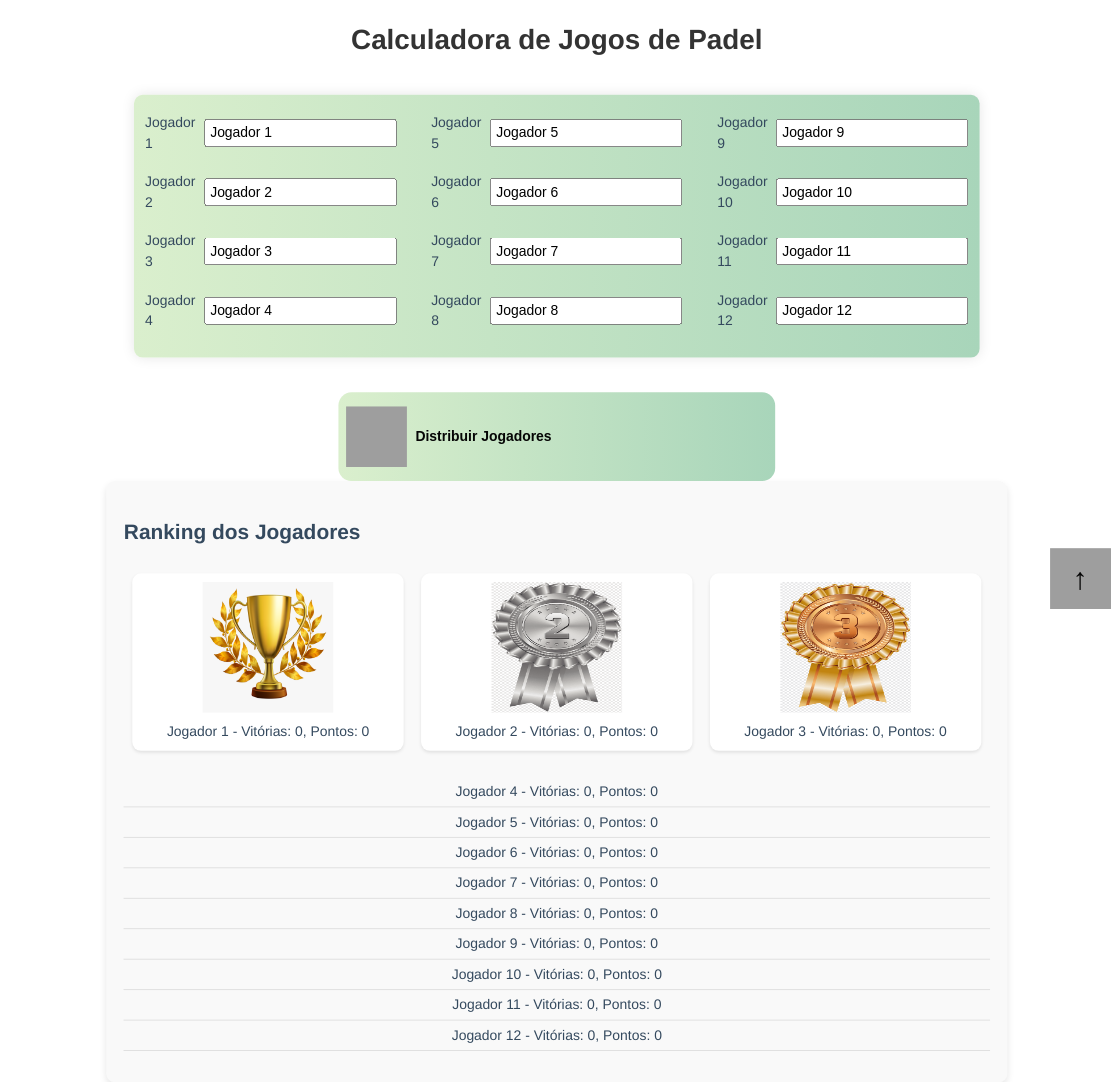
Repository: MarcioMiguel22/PadelMaster
Page: /calculadora
These files come from the project's save history. The page is drawn as it stood at one moment and after the next save; the edit follows.
The browser window is 1280 px wide. The pictures show the whole page, at 87% of full size.
Pictures or frames that could not be fetched are drawn as grey boxes. The project was rebuilt for these pictures with package versions that can differ from the ones it lists, and the page was loaded fresh each time. Also part of the build but not shown: vite.config.ts, src/pages/Home/Home.tsx, src/components/components_calculadora/Campo.tsx, src/components/components_calculadora/Jogo.tsx, src/pages/Player/playerComponent.tsx, src/index.css.

Above is the page before, as saved 2024-06-16 10:05:05.

### src/main.tsx
///home/marciomiguel/code/MarcioMiguel22/Sites/PadelMaster/src/main.tsx
import { render } from 'react-dom';
import { StrictMode } from 'react';
import App from './App';
import './index.css';

const root = document.getElementById('root')!;
render(
  <StrictMode>
    <App />
  </StrictMode>,
  root
);

### src/App.tsx

///home/marciomiguel/code/MarcioMiguel22/Sites/PadelMaster/src/App.tsx

import { BrowserRouter, Routes, Route } from 'react-router-dom';
import Home from './pages/Home/Home';
import Calculadora from './pages/Calculadora/Calculadora';
import PlayerComponent from './pages/Player/playerComponent';
function App() {
  return (
    <BrowserRouter>
      <Routes>
        <Route path="/" element={<Home />} />
        <Route path="/calculadora" element={<Calculadora />} /> // Wrap Calculadora component with curly braces
        <Route path="/player-component" element={<PlayerComponent />} />
      </Routes>
    </BrowserRouter>
  );
}

export default App

### src/pages/Home/Home.module.css
.padel-container {
  text-align: center;
  background-color: white;
  padding: 20px;
  border-radius: 10px;
  box-shadow: 0 0 10px rgba(0, 0, 0, 0.1);
}

h1 {
  color: #333;
  margin-bottom: 20px;
}

.padel-image {
  max-width: 50%;
  height: auto;
  border-radius: 10px;
  margin-bottom: 20px;
}

.enter-button {
  background-image: url('../../assets/images/tennis-ball.png'); /* Ensure the path is correct */
  background-size: cover;
  background-position: center;
  background-repeat: no-repeat;
  width: 60px;
  height: 60px;
  border: none;
  border-radius: 50%;
  cursor: pointer;
  padding: 0;
}

.enter-button:hover {
  transform: scale(1.1);
}

### src/pages/Calculadora/Calculadora.css
.calculadora-container {
  display: flex;
  flex-direction: column;
  align-items: center;
  gap: 20px;
}

.main-content {
  gap: 20px;
}

.jogadores-lista {
  background: linear-gradient(to right, #daefcd, #a8d5ba);
  display: flex;
  flex-direction: row;
  justify-content: center;
  gap: 40px;
  width: 90%;
  max-width: 1200px;
  margin: 0 auto;
  padding: 20px;
  border-radius: 10px;
  box-shadow: 0 0 15px rgba(0, 0, 0, 0.1);
}

.jogadores-coluna {
  display: flex;
  flex-direction: column;
  align-items: center;
  gap: 10px;
}

.jogador-item {
  display: flex;
  align-items: center;
  margin-bottom: 10px;
}

.jogador-item label {
  margin-right: 10px;
}

.jogador-item input {
  padding: 5px;
  font-size: 16px;
}

.jogador-input {
  margin-right: 5px;
  padding: 5px;
  font-size: 16px;
  border: 1px solid #ccc;
  border-radius: 5px;
}

.distribute-button, .scroll-to-top {
  background-color: #4CAF50;
  color: white;
  padding: 10px 20px;
  border: none;
  border-radius: 5px;
  cursor: pointer;
  font-size: 16px;
  margin-top: 10px;
}

.distribute-button:hover, .scroll-to-top:hover {
  background-color: #45a049;
}

.fields-container {
  display: flex;
  flex-direction: column;
  align-items: center;
  margin-top: 20px;
}

.jogo {
  margin-bottom: 40px;
}

.campos {
  display: flex;
  justify-content: space-around;
}

.field {
  background: linear-gradient(to right, #c3e8ad, #a8d5ba);
  padding: 40px;
  border-radius: 10px;
  box-shadow: 0 0 10px rgba(0, 0, 0, 0.1);
  width: 30%;
}

.field h2 {
  margin-top: 0;
}

.team {
  list-style-type: none;
  padding: 5px;
  background-color: #fff;
  margin: 5px 0;
  border-radius: 5px;
  box-shadow: 0 0 5px rgba(0, 0, 0, 0.1);
  width: fit-content; /* Ajuste o valor conforme necessário */
}

.team.vencedor {
  background-color: #d4edda; /* Verde claro */
}

.team.perdedor {
  background-color: #f8d7da; /* Vermelho claro */
}

.team div {
  display: flex;
  align-items: center;
}

.team input.resultado-input {
  margin-left: 10px;
  width: 45px;
  padding: 5px;
  font-size: 16px;
}

.ranking-container {
  margin-top: 40px;
}

.ranking-container h2 {
  margin-bottom: 10px;
}

.ranking-container ul {
  list-style-type: none;
  padding: 0;
}

.ranking-container li {
  margin: 5px 0;
}



/* Media Queries para Mobile */
@media screen and (max-width: 767px) {
  .jogadores-lista {
    flex-direction: column;
    align-items: center;
    gap: 20px;
    padding: 10px;
  }

  .field {
    width: 80%;
    margin-bottom: 20px;
  }

  .campos {
    flex-direction: column;
    align-items: center;
    gap: 20px;
  }

  .distribute-button, .scroll-to-top {
    width: 100%;
    font-size: 14px;
    padding: 8px 16px;
  }

  .team div {
    flex-direction: column;
    align-items: flex-start;
  }

  .team input.resultado-input {
    margin-left: 0;
    margin-top: 5px;
  }
  .ranking-container {
    flex-flow: column;
    margin-top: 40px;
  }

  .ranking-container h2 {
    margin-bottom: 10px;
  }

  .ranking-container ul {
    list-style-type: none;
    padding: 0;
  }

  .ranking-container li {
    margin: 5px 0;
  }
}

/* Media Queries para Mobile */
@media screen and (max-width: 479px) {
  .jogadores-lista {
    flex-direction: column;
    align-items: center;
    gap: 20px;
    padding: 10px;
  }

  .field {
    width: 80%;
    margin-bottom: 20px;
  }

  .campos {
    flex-direction: column;
    align-items: center;
    gap: 20px;
  }

  .distribute-button, .scroll-to-top {
    width: 100%;
    font-size: 14px;
    padding: 8px 16px;
  }

  .team div {
    flex-direction: column;
    align-items: flex-start;
  }

  .team input.resultado-input {
    margin-left: 0;
    margin-top: 5px;
  }
  .ranking-container {
    flex-flow: column;
    margin-top: 40px;
  }

  .ranking-container h2 {
    margin-bottom: 10px;
  }

  .ranking-container ul {
    list-style-type: none;
    padding: 0;
  }

  .ranking-container li {
    margin: 5px 0;
  }
}

### src/components/components_calculadora/JogadoresLista.tsx
import React from 'react';
import JogadorItem from './JogadorItem';
import { Jogador } from '../../utils/types/types'; // Importando o tipo Jogador

interface JogadoresListaProps {
  jogadores: Jogador[];
  handleNomeChange: (id: number, novoNome: string) => void;
}

const JogadoresLista: React.FC<JogadoresListaProps> = ({ jogadores, handleNomeChange }) => (
  <div className="jogadores-lista">
    {Array.from({ length: 3 }, (_, i) => (
      <div className="jogadores-coluna" key={i}>
        {jogadores.slice(i * 4, (i + 1) * 4).map(jogador => (
          <JogadorItem
            key={jogador.id}
            jogador={jogador}
            handleNomeChange={handleNomeChange}
          />
        ))}
      </div>
    ))}
  </div>
);

export default JogadoresLista;

### src/components/components_calculadora/Ranking.tsx
import React from 'react';
import ouro from '../../assets/images/ouro.png';
import prata from '../../assets/images/prata.png';
import bronze from '../../assets/images/bronze.png';
import styles from './Ranking.module.css';

interface Jogador {
  id: number;
  nome: string;
  vitorias: number;
  pontos: number;
}

interface RankingProps {
  jogadoresClassificados: Jogador[];
}

const Ranking: React.FC<RankingProps> = ({ jogadoresClassificados }) => {
  const top3 = jogadoresClassificados.slice(0, 3);
  const outrosJogadores = jogadoresClassificados.slice(3);

  const medalhas = [ouro, prata, bronze];

  return (
    <div className={styles.rankingContainer}>
      <h2>Ranking dos Jogadores</h2>
      <div className={styles.top3Container}>
        {top3.map((jogador, index) => (
          <div key={jogador.id} className={styles.top3Item}>
            <img src={medalhas[index]} alt={`Medalha de ${index + 1}`} className={styles.medalha} />
            {jogador.nome} - Vitórias: {jogador.vitorias}, Pontos: {jogador.pontos}
          </div>
        ))}
      </div>
      <ul className={styles.outrosJogadores}>
        {outrosJogadores.map((jogador) => (
          <li key={jogador.id}>
            {jogador.nome} - Vitórias: {jogador.vitorias}, Pontos: {jogador.pontos}
          </li>
        ))}
      </ul>
    </div>
  );
};

export default Ranking;

### src/components/components_calculadora/logic/gameLogic.ts
import { Jogador, Campo as CampoType } from '../../../utils/types/types';

export const separarDuplas = (jogadores: Jogador[]): Jogador[] => {
  const separados: Jogador[] = [];
  while (jogadores.length) {
    const [jogador1, jogador2] = jogadores.splice(0, 2);
    separados.push(jogador1);
    if (jogador2) separados.push(jogador2);
  }
  return separados;
};

export const iniciarProximoJogo = (jogos: CampoType[][], setJogos: React.Dispatch<React.SetStateAction<CampoType[][]>>) => {
  const ultimoJogo = jogos[jogos.length - 1];
  const novosCampos: CampoType[] = [
    { id: 1, times: [] },
    { id: 2, times: [] },
    { id: 3, times: [] },
  ];

  const campo1 = ultimoJogo.find(campo => campo.id === 1);
  const campo2 = ultimoJogo.find(campo => campo.id === 2);
  const campo3 = ultimoJogo.find(campo => campo.id === 3);

  if (campo1 && campo2 && campo3) {
    const [time1Campo1, time2Campo1] = campo1.times;
    const [time1Campo2, time2Campo2] = campo2.times;
    const [time1Campo3, time2Campo3] = campo3.times;

    // Vencedores e perdedores dos campos
    const vencedoresCampo1 = time1Campo1.resultado > time2Campo1.resultado ? time1Campo1.jogadores : time2Campo1.jogadores;
    const perdedoresCampo1 = time1Campo1.resultado > time2Campo1.resultado ? time2Campo1.jogadores : time1Campo1.jogadores;

    const vencedoresCampo2 = time1Campo2.resultado > time2Campo2.resultado ? time1Campo2.jogadores : time2Campo2.jogadores;
    const perdedoresCampo2 = time1Campo2.resultado > time2Campo2.resultado ? time2Campo2.jogadores : time1Campo2.jogadores;

    const vencedoresCampo3 = time1Campo3.resultado > time2Campo3.resultado ? time1Campo3.jogadores : time2Campo3.jogadores;
    const perdedoresCampo3 = time1Campo3.resultado > time2Campo3.resultado ? time2Campo3.jogadores : time1Campo3.jogadores;

    // Atualizar pontuação dos jogadores
    const margemVitoriaCampo1 = Math.abs(time1Campo1.resultado - time2Campo1.resultado);
    const margemVitoriaCampo2 = Math.abs(time1Campo2.resultado - time2Campo2.resultado);
    const margemVitoriaCampo3 = Math.abs(time1Campo3.resultado - time2Campo3.resultado);

    vencedoresCampo1.forEach(jogador => {
      jogador.vitorias += 1;
      jogador.pontos += margemVitoriaCampo1;
    });

    vencedoresCampo2.forEach(jogador => {
      jogador.vitorias += 1;
      jogador.pontos += margemVitoriaCampo2;
    });

    vencedoresCampo3.forEach(jogador => {
      jogador.vitorias += 1;
      jogador.pontos += margemVitoriaCampo3;
    });

    // Campo 1: vencedores do campo 1 e vencedores do campo 2
    novosCampos[0].times.push(
      { jogadores: [vencedoresCampo1[0], vencedoresCampo2[0]], resultado: 0 },
      { jogadores: [vencedoresCampo1[1], vencedoresCampo2[1]], resultado: 0 }
    );

    // Campo 2: perdedores do campo 1 e vencedores do campo 3
    novosCampos[1].times.push(
      { jogadores: [perdedoresCampo1[0], vencedoresCampo3[0]], resultado: 0 },
      { jogadores: [perdedoresCampo1[1], vencedoresCampo3[1]], resultado: 0 }
    );

    // Campo 3: perdedores do campo 2 e perdedores do campo 3
    novosCampos[2].times.push(
      { jogadores: [perdedoresCampo2[0], perdedoresCampo3[0]], resultado: 0 },
      { jogadores: [perdedoresCampo2[1], perdedoresCampo3[1]], resultado: 0 }
    );
  }

  setJogos([...jogos, novosCampos]);
};

### src/components/components_calculadora/ScrollToTopButton.tsx
import React from 'react';
import tennisBall from '../../assets/images/tennis-ball.png';
import styles from './ScrollToTopButton.module.css'; // Importando o arquivo CSS Module

const ScrollToTopButton: React.FC = () => {
  const scrollToTop = () => {
    window.scrollTo({ top: 0, behavior: 'smooth' });
  };

  return (
    <button onClick={scrollToTop} className={styles.scrollToTop}>
      <img src={tennisBall} alt="Tennis Ball" className={styles.tennisBall} />
      <span className={styles.arrowUp}>↑</span>
    </button>
  );
};

export default ScrollToTopButton;

### src/components/components_calculadora/DistributeButton.tsx
import React from 'react';
import tennisBall from '../../assets/images/tennis-ball.png';
import styles from './DistributeButton.module.css'; // Importando o arquivo CSS Module

const DistributeButton: React.FC<{ onClick: () => void }> = ({ onClick }) => {
  return (
    <div className={styles.container}>
      <button onClick={onClick} className={styles.distributeButton}>
        <img src={tennisBall} alt="Tennis Ball" className={styles.tennisBall} />
        <span className={styles.label}>Distribuir Jogadores</span>
      </button>
    </div>
  );
};

export default DistributeButton;

### src/pages/Player/playerComponent.module.css
/* playerComponent.module.css */

/* Root Variables */
:root {
  --primary-color: #2c3e50;
  --secondary-color: #ecf0f1;
  --accent-color: #e74c3c;
  --text-color: #34495e;
  --background-color: #ffffff;
  --border-color: #bdc3c7;
  --link-color: #2980b9;
  --font-family: 'Helvetica Neue', Arial, sans-serif;
  --font-size: 16px;
  --line-height: 1.5;
}

body {
  font-family: var(--font-family);
  font-size: var(--font-size);
  line-height: var(--line-height);
  color: var(--text-color);
  background-color: var(--background-color);
  margin: 0;
  padding: 0;
}

.navigation-bar {
  background-color: var(--primary-color);
  color: var(--secondary-color);
  padding: 10px 0;
}

.container {
  width: 90%;
  max-width: 1200px;
  margin: 0 auto;
  display: flex;
  justify-content: space-between;
  align-items: center;
}

.nav-brand .site-name {
  font-size: 24px;
  font-weight: bold;
  color: var(--secondary-color);
}

.navigation-menu {
  display: flex;
  gap: 15px;
}

.navigation-link {
  color: var(--secondary-color);
  text-decoration: none;
  font-size: 18px;
}

.navigation-link:hover {
  color: var(--accent-color);
}

.menu-button .nav-icon-menu {
  width: 30px;
  height: 3px;
  background-color: var(--secondary-color);
  margin: 5px 0;
}

.content-wrapper {
  padding: 20px 0;
}

.row {
  display: flex;
}

.sidebar {
  width: 25%;
}

.content-column {
  width: 75%;
}

.white-wrapper {
  background-color: var(--background-color);
  padding: 20px;
  border: 1px solid var(--border-color);
  border-radius: 10px;
}

.circle-profile {
  width: 100px;
  height: 100px;
  border-radius: 50%;
  display: block;
  margin: 0 auto 10px;
}

.site-description {
  text-align: center;
  margin: 10px 0;
}

.grey-rule {
  height: 1px;
  background-color: var(--border-color);
  margin: 20px 0;
}

.small-heading {
  font-size: 18px;
  font-weight: bold;
  color: var(--text-color);
  margin-bottom: 10px;
}

.feature-posts-list .post-item {
  margin-bottom: 10px;
}

.small-post-link {
  text-decoration: none;
  color: var(--link-color);
  font-size: 16px;
}

.small-post-link:hover {
  color: var(--accent-color);
}

.social-link-group {
  display: flex;
  justify-content: space-around;
  margin: 20px 0;
}

.social-icon-link img {
  width: 25px;
  height: 25px;
}

.built-with-webflow {
  text-align: center;
  margin-top: 10px;
  font-size: 14px;
}

.webflow-link {
  color: var(--link-color);
  text-decoration: none;
}

.webflow-link:hover {
  color: var(--accent-color);
}

.post-wrapper {
  background-color: var(--background-color);
  padding: 20px;
  border: 1px solid var(--border-color);
  border-radius: 10px;
  margin-bottom: 20px;
}

.post-content .row {
  display: flex;
}

.blog-image {
  display: block;
  width: 100%;
  height: auto;
  background-color: var(--border-color);
  text-align: center;
  padding: 20px;
  color: var(--text-color);
  text-decoration: none;
  font-size: 16px;
}

.blog-title-link {
  text-decoration: none;
  color: var(--text-color);
}

.blog-title-link:hover {
  color: var(--accent-color);
}

.blog-title {
  font-size: 24px;
  margin: 0 0 10px;
}

.details-wrapper {
  display: flex;
  align-items: center;
  gap: 10px;
  margin-bottom: 10px;
}

.post-info {
  font-size: 14px;
  color: var(--text-color);
}

.when-link {
  text-decoration: none;
  color: var(--link-color);
}

.when-link:hover {
  color: var(--accent-color);
}

.post-summary-wrapper {
  margin-bottom: 10px;
}

.post-summary {
  font-size: 16px;
  color: var(--text-color);
}

.read-more-link {
  text-decoration: none;
  color: var(--link-color);
  font-size: 14px;
}

.read-more-link:hover {
  color: var(--accent-color);
}

.button-wrapper {
  text-align: center;
  margin-top: 20px;
}

.button {
  background-color: var(--primary-color);
  color: var(--secondary-color);
  border: none;
  padding: 10px 20px;
  border-radius: 5px;
  font-size: 16px;
  cursor: pointer;
  transition: background-color 0.3s;
}

.button:hover {
  background-color: var(--accent-color);
}

.sidebar-on-mobile {
  display: none;
}

@media (max-width: 768px) {
  .row {
    flex-direction: column;
  }

  .sidebar {
    display: none;
  }

  .content-column {
    width: 100%;
  }

  .sidebar-on-mobile {
    display: block;
    margin-top: 20px;
  }
}

### src/components/components_calculadora/JogadorItem.tsx
import React from 'react';
import { Jogador } from '../../utils/types/types'; // Importando o tipo Jogador

interface JogadorItemProps {
  jogador: Jogador;
  handleNomeChange: (id: number, novoNome: string) => void;
}

const JogadorItem: React.FC<JogadorItemProps> = ({ jogador, handleNomeChange }) => (
  <div className="jogador-item">
    <label>{`Jogador ${jogador.id}`}</label>
    <input
      type="text"
      value={jogador.nome}
      onChange={(e) => handleNomeChange(jogador.id, e.target.value)}
    />
  </div>
);

export default JogadorItem;

### src/components/components_calculadora/Ranking.module.css
.rankingContainer {
  padding: 20px;
  background-color: #f9f9f9;
  border-radius: 10px;
  box-shadow: 0 4px 8px rgba(0, 0, 0, 0.1);
}

.top3Container {
  display: flex;
  justify-content: space-around;
  margin-bottom: 20px;
  flex-wrap: wrap; /* Ensure items wrap in smaller screens */
}

.top3Item {
  display: flex;
  flex-direction: column;
  align-items: center;
  padding: 10px;
  background-color: #ffffff;
  border-radius: 10px;
  box-shadow: 0 2px 4px rgba(0, 0, 0, 0.1);
  text-align: center;
  margin: 10px; /* Added margin to ensure spacing between items */
  flex-basis: calc(33.33% - 20px); /* Ensure items take equal width, minus margins */
  box-sizing: border-box; /* Ensure padding is included in the element's width */
}

.medalha {
  width: 150px;
  height: 150px;
  margin-bottom: 10px;
  transition: transform 0.3s ease-in-out;
  object-fit: initial;
  background-color: transparent;
}

.medalha:hover {
  transform: scale(1.2);
  animation: pulse 1s infinite;
}

@keyframes pulse {
  0% {
    transform: scale(1.2);
  }
  50% {
    transform: scale(1.25);
  }
  100% {
    transform: scale(1.2);
  }
}

.outrosJogadores {
  list-style-type: none;
  padding: 0;
}

.outrosJogadores li {
  padding: 5px 0;
  border-bottom: 1px solid #ddd;
  text-align: center;
}

/* Media Queries for Smaller Screens */
@media screen and (max-width: 767px) {
  .top3Item {
    flex-basis: calc(50% - 20px); /* Two items per row on smaller screens */
  }
}

@media screen and (max-width: 479px) {
  .top3Item {
    flex-basis: 100%; /* One item per row on the smallest screens */
  }
}

### src/components/components_calculadora/ScrollToTopButton.module.css
.scrollToTop {
  position: fixed;
  bottom: 20px;
  left: 97%;
  transform: translateX(-50%);
  width: 70px;
  height: 70px;
  border: none;
  background: none;
  cursor: pointer;
  display: flex;
  align-items: center;
  justify-content: center;
}

.tennisBall {
  width: 100%;
  height: 100%;
  position: absolute;
}

.arrowUp {
  position: absolute;
  font-size: 35px;
  color: rgb(5, 5, 5);
  font-weight: bold;
  z-index: 1;
}

### src/components/components_calculadora/DistributeButton.module.css
.container {
  width: 500px;
  height: 100px;
  background: linear-gradient(to right, #daefcd, #a8d5ba);
  padding: 1px;
  border-radius: 15px;
  display: flex;
  justify-content: center;
  align-items: center;
  margin-top: 20px;
}

.distributeButton {
  bottom: 100px; /* Ajuste a posição conforme necessário */
  left: 50%;
  transform: translateX(-50%);
  width: auto;
  height: 70px;
  border: none;
  background: none;
  cursor: pointer;
  display: flex;
  align-items: center;
  justify-content: center;
  flex-direction: row; /* Altera para linha */
}

.tennisBall {
  width: 70px;
  height: 70px;
  position: relative; /* Altera para relativo */
}

.label {
  font-size: 16px;
  color: rgb(5, 5, 5);
  font-weight: bold;
  margin-left: 10px; /* Espaço entre a bola e o texto */
}

Loaded but not shown: index.html (common file); src/pages/Calculadora/Calculadora.tsx (142 lines, source omitted)

After the next save:
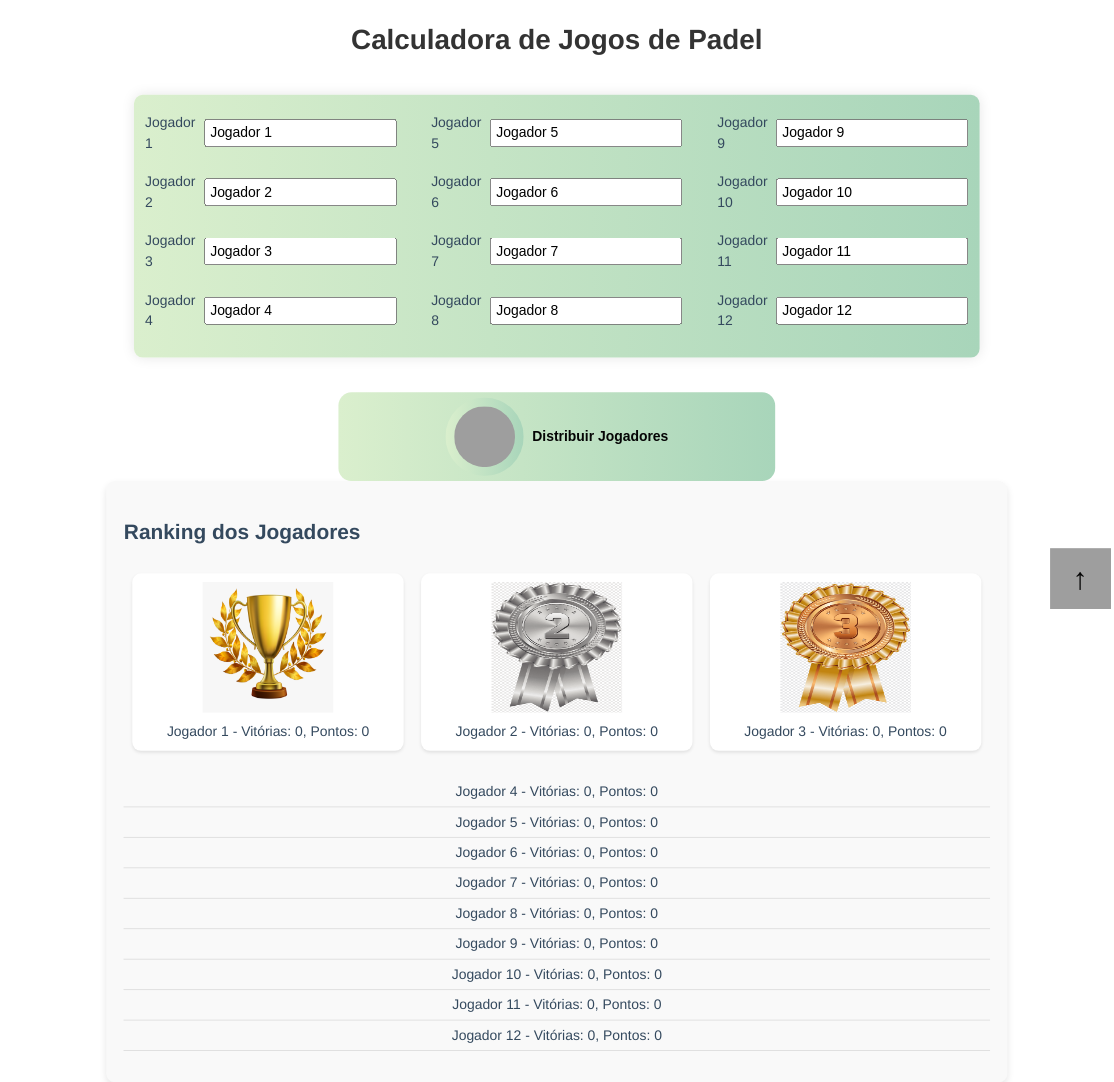
Saved 3 min 8 s later.
--- a/src/components/components_calculadora/DistributeButton.module.css
+++ b/src/components/components_calculadora/DistributeButton.module.css
@@ -11,9 +11,7 @@
 }
 
 .distributeButton {
-  bottom: 100px; /* Ajuste a posição conforme necessário */
-  left: 50%;
-  transform: translateX(-50%);
+  position: relative; /* Ajuste a posição conforme necessário */
   width: auto;
   height: 70px;
   border: none;
@@ -28,7 +26,9 @@
 .tennisBall {
   width: 70px;
   height: 70px;
-  position: relative; /* Altera para relativo */
+  background: linear-gradient(to right, #daefcd, #a8d5ba); /* Adiciona fundo à imagem */
+  border-radius: 50%; /* Para garantir que o fundo se ajuste à forma da bola */
+  padding: 10px; /* Ajuste o padding conforme necessário */
 }
 
 .label {
